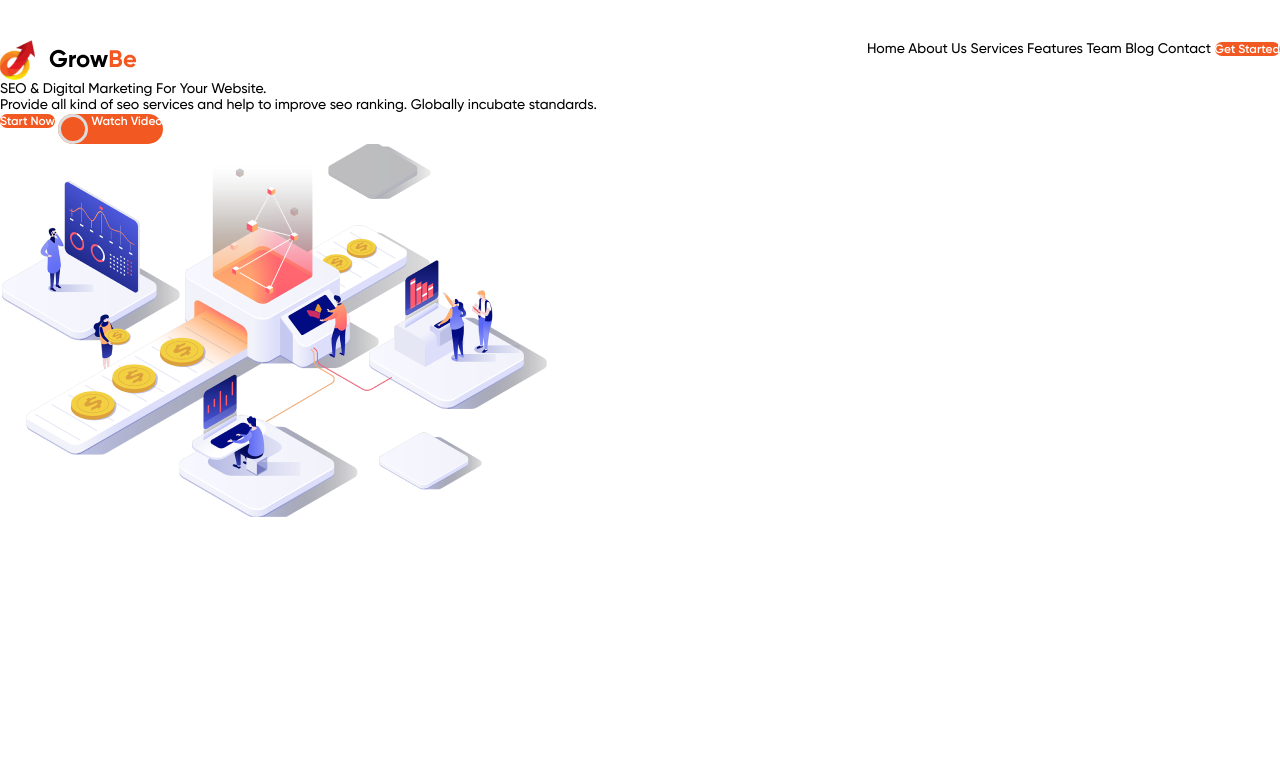
Repository: Alekseiy1980/GrowBe
Page: index.html
These files come from the project's save history. The page is drawn as it stood at one moment and after the next save; the edit follows.
The browser window is 1280 px wide. The pictures show the whole page.

Above is the page before, as saved 2024-01-20 11:55:18.

After the next save:
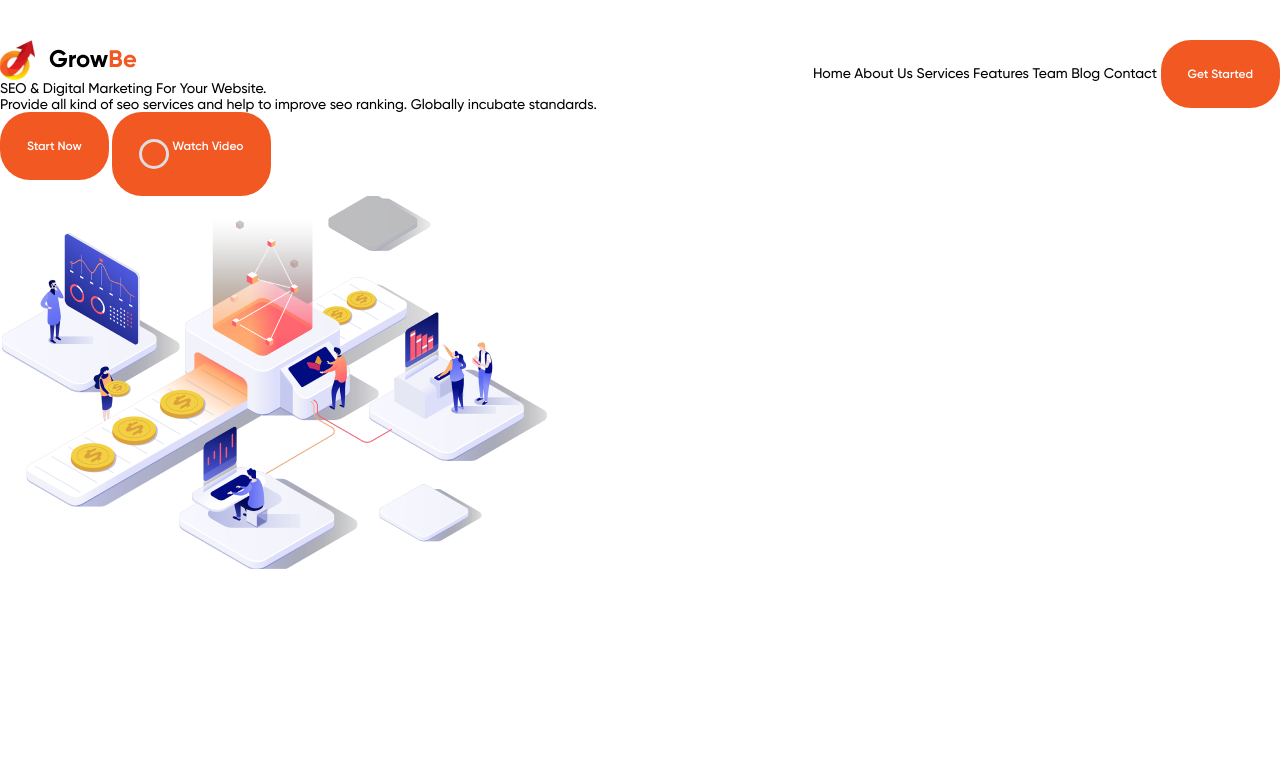
Saved 2 min 32 s later.
--- a/css/style.css
+++ b/css/style.css
@@ -58,4 +58,5 @@ header {
     font-size: 12px;
     border-radius: 30px;
     background: #F25822;
+    padding: 27px ;
 }
